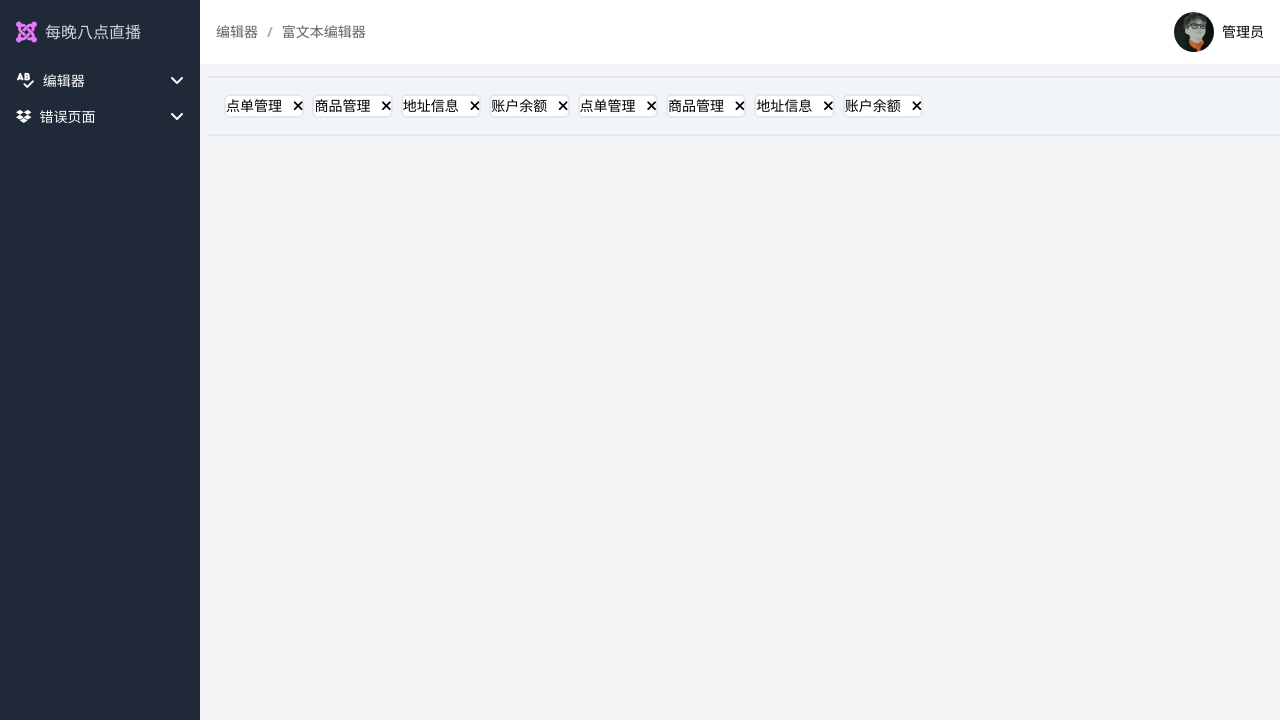
Repository: liangyingbo/vite-vue-TS
Page: /#/editor
An editor plug-in stored every save of this project. The page is shown before and after the next save, followed by the edit.
The browser window is 1280 px wide. The pictures show the whole page.
The project was rebuilt for these pictures with package versions that can differ from the ones it lists, and the page was loaded fresh each time. Also part of the build but not shown: vite.config.ts, src/components/form/HdButton.vue, src/components/form/HdInput.vue, src/components/form/hdLink.vue, src/styles/global.scss.

Above is the page before, as saved 2022-11-20 12:02:44.

After the next save:
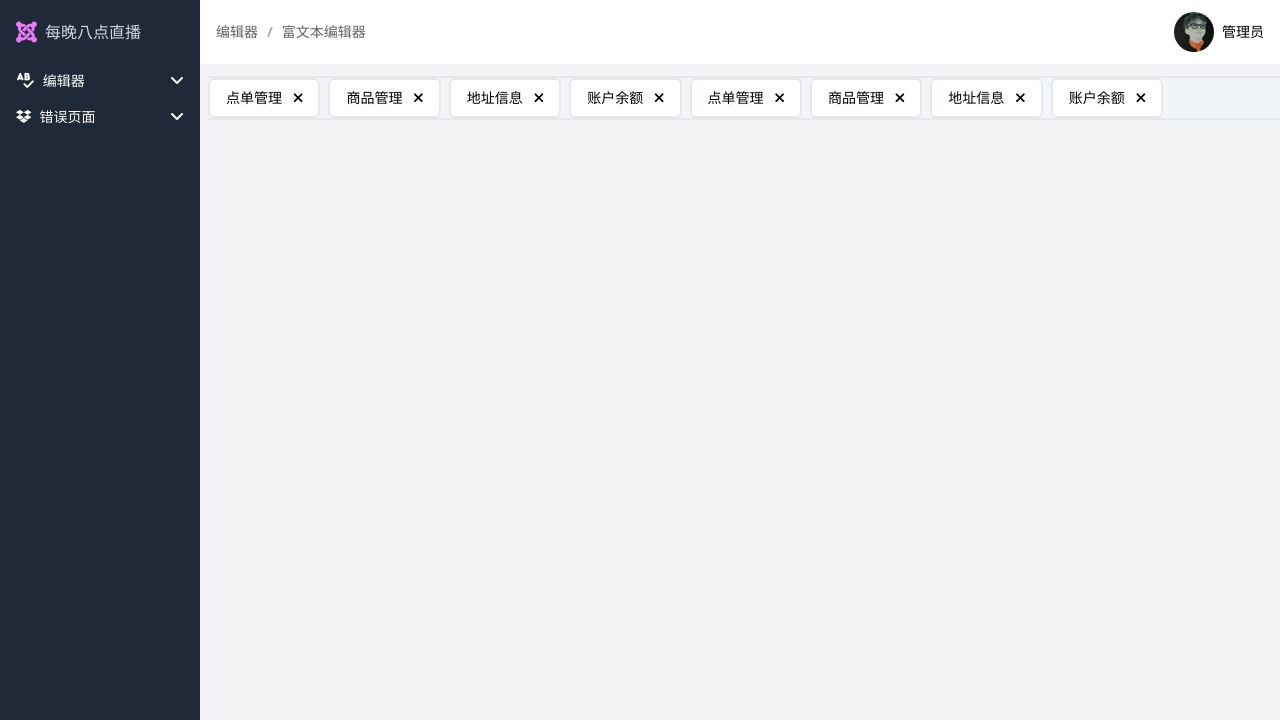
Saved 13 s later.
--- a/src/layouts/admin/historyLink.vue
+++ b/src/layouts/admin/historyLink.vue
@@ -1,11 +1,11 @@
 <template>
   <div>
-    <div class="mt-3 ml-2 grid grid-flow-col justify-start gap-2 bg-slate-100 border-t-2 border-b-2 p-4">
+    <div class="mt-3 ml-2 grid grid-flow-col justify-start gap-2 bg-slate-100 border-t-2 border-b-2">
       <a
         v-for="(l, index) of list"
         :key="index"
         href=""
-        class="bg-white border-2 rounded-md cursor-pointer text-sm"
+        class="bg-white border-2 px-4 py-2 rounded-md cursor-pointer text-sm"
         >{{ l.title }}
         <i class="fas fa-xmark ml-2"></i>
       </a>
